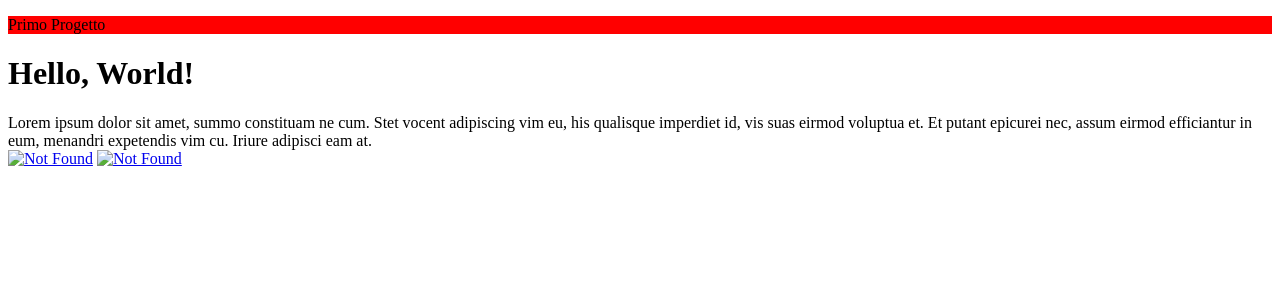
Repository: AndreaGuastaferro/Repository_Andrea_Guastaferro_Front
Page: cartella_html/NUOVO_HTML/ProgettoFinale.html
An editor plug-in stored every save of this project. The page is shown before and after the next save, followed by the edit.
The browser window is 1280 px wide. The pictures show the whole page.

Above is the page before, as saved 2018-10-22 16:07:42.
Not found: cartella_html/NUOVO_HTML/progetto finale_imm1
Not found: cartella_html/NUOVO_HTML/progetto finale_imm2

### cartella_html/NUOVO_HTML/ProgettoFinale.html
<!DOCTYPE html>
<html>
<head>
<meta charset="ISO-8859-1">
<title>Insert title here</title>
<link rel="stylesheet" type="text/css" href="ProgettoFinale.css">
</head>
<body>
	<header >
	<p id="head"> Primo Progetto</p>
	</header>

	 <div class="Projecthero">
	 	<div class="TextHero">
	 		<h1>Hello, World!</h1>
	 		<article class ="articolo">
	 		Lorem ipsum dolor sit amet, summo constituam ne cum.
	 		Stet vocent adipiscing vim eu, his qualisque imperdiet id, vis suas eirmod voluptua et.
	 		Et putant epicurei nec, assum eirmod efficiantur in eum, menandri expetendis vim cu. Iriure adipisci eam at.
	 		</article>
	 		<span class="Span_uno"> <a href="https://it-it.facebook.com"><img alt="Not Found"  src="progetto finale_imm1"></a></span>
	 		<span class="Span_due"> <a href="http://www.irpinianews.it"><img alt="Not Found"  src="progetto finale_imm2"></a></span>
	 	</div>
	 </div>
</body>
</html>

### cartella_html/NUOVO_HTML/ProgettoFinale.css
@charset "ISO-8859-1";

body{
	margin 0;
}

header {
	background-color: #FF0000;
  	height:5%;
}

head{
background-color: white;
}

After the next save:
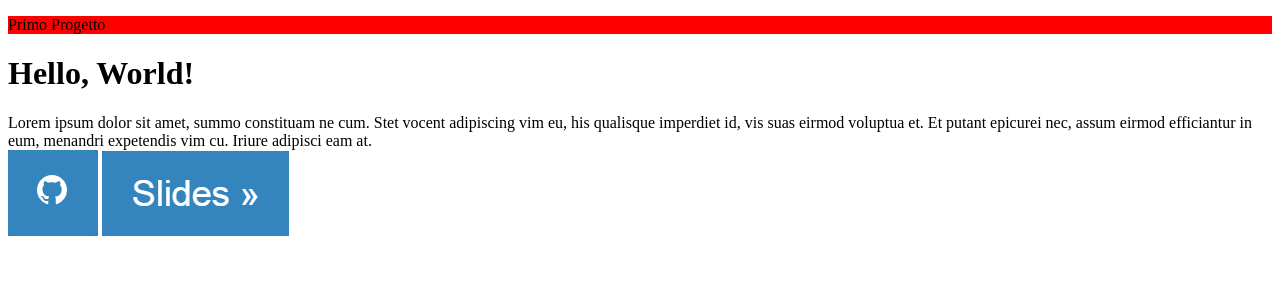
Saved 2 min 3 s later.
--- a/cartella_html/NUOVO_HTML/ProgettoFinale.html
+++ b/cartella_html/NUOVO_HTML/ProgettoFinale.html
@@ -18,8 +18,8 @@
 	 		Stet vocent adipiscing vim eu, his qualisque imperdiet id, vis suas eirmod voluptua et.
 	 		Et putant epicurei nec, assum eirmod efficiantur in eum, menandri expetendis vim cu. Iriure adipisci eam at.
 	 		</article>
-	 		<span class="Span_uno"> <a href="https://it-it.facebook.com"><img alt="Not Found"  src="progetto finale_imm1"></a></span>
-	 		<span class="Span_due"> <a href="http://www.irpinianews.it"><img alt="Not Found"  src="progetto finale_imm2"></a></span>
+	 		<span class="Span_uno"> <a href="https://it-it.facebook.com"><img alt="Not Found"  src="img/progetto finale_imm1.png"></a></span>
+	 		<span class="Span_due"> <a href="http://www.irpinianews.it"><img alt="Not Found"  src="img/progetto finale_imm2.png"></a></span>
 	 	</div>
 	 </div>
 </body>
